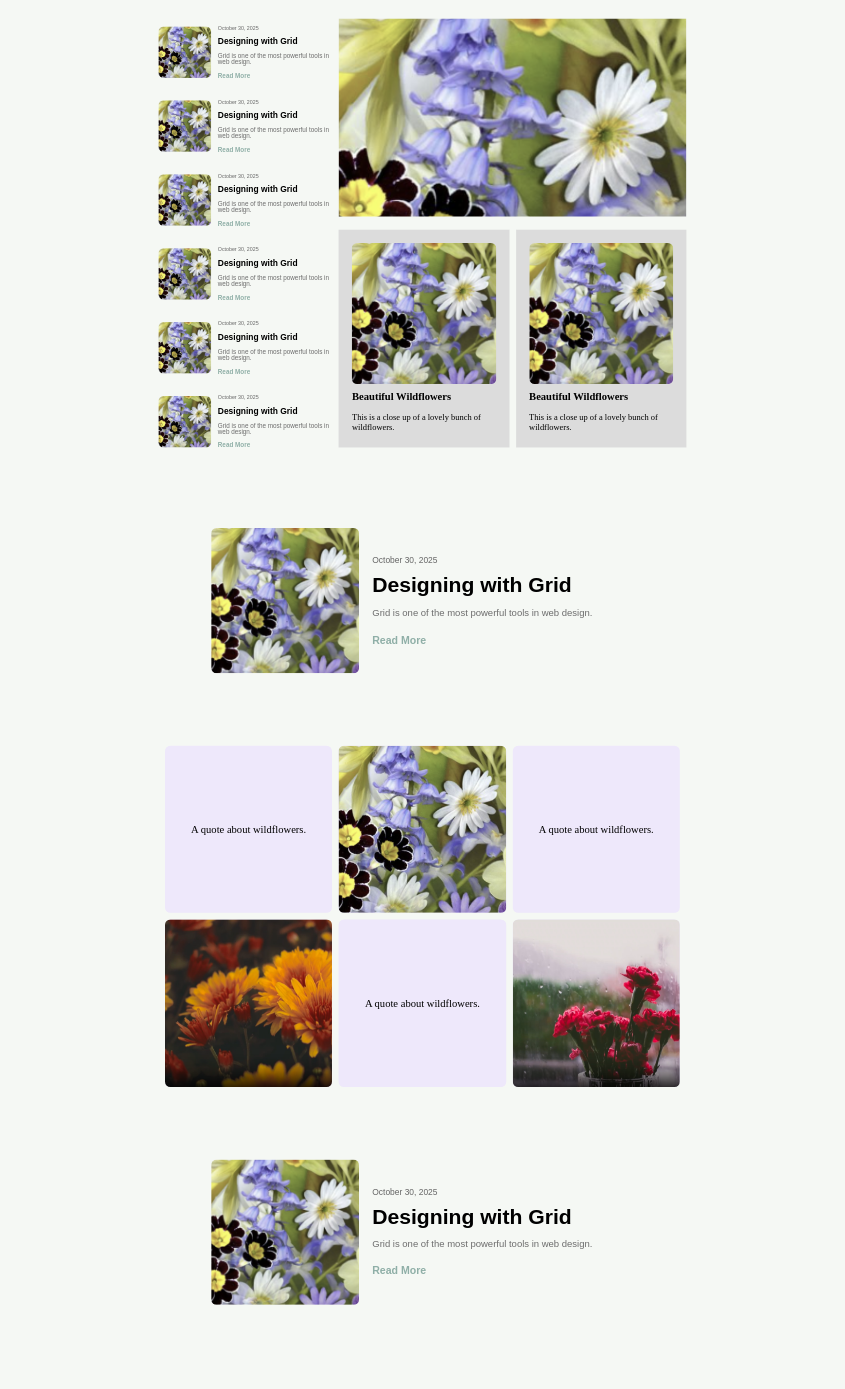
Repository: Brittany-Westlund/WebDesign
Page: Assignment5/grid.html
The author's editor kept a copy of each file at every save. The page is drawn from the files as they stood at one save, then again after the next save.
The browser window is 1280 px wide. The pictures show the whole page, at 66% of full size.

Above is the page before, as saved 2025-11-19 12:32:36.

After the next save:
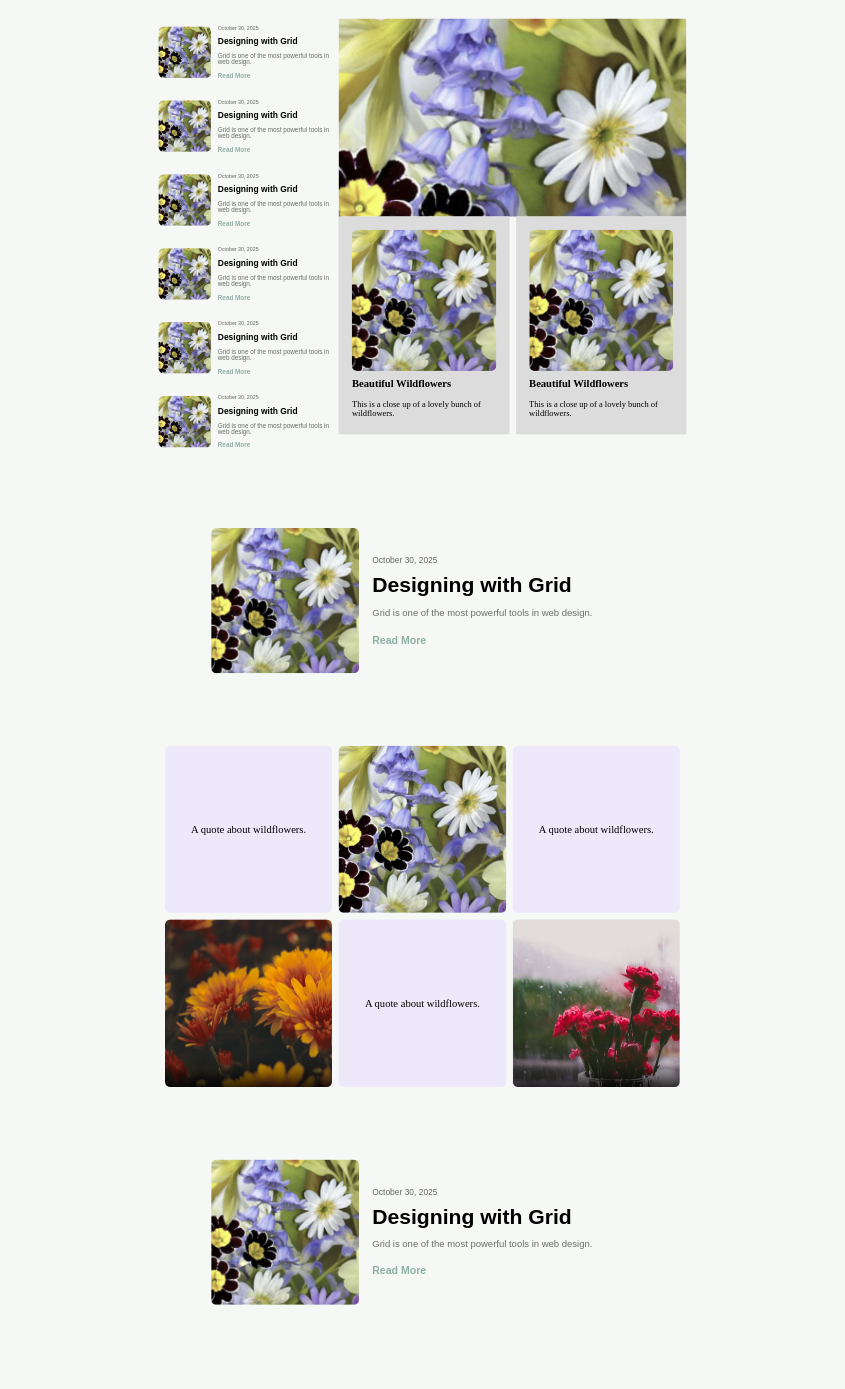
Saved 6 h 59 min later.
--- a/Assignment5/style/style.css
+++ b/Assignment5/style/style.css
@@ -76,17 +76,6 @@ body {
   margin-top: 10px;
 }
 
-
-
-
-.right-column {
-  grid-column: 2;
-  grid-row: 1 / 3; /* spans both rows — hero + cards */
-  display: flex;
-  flex-direction: column;
-  gap: 20px;
-}
-
 .hero {
   grid-column: 2;
   grid-row: 1;

After the save that followed:
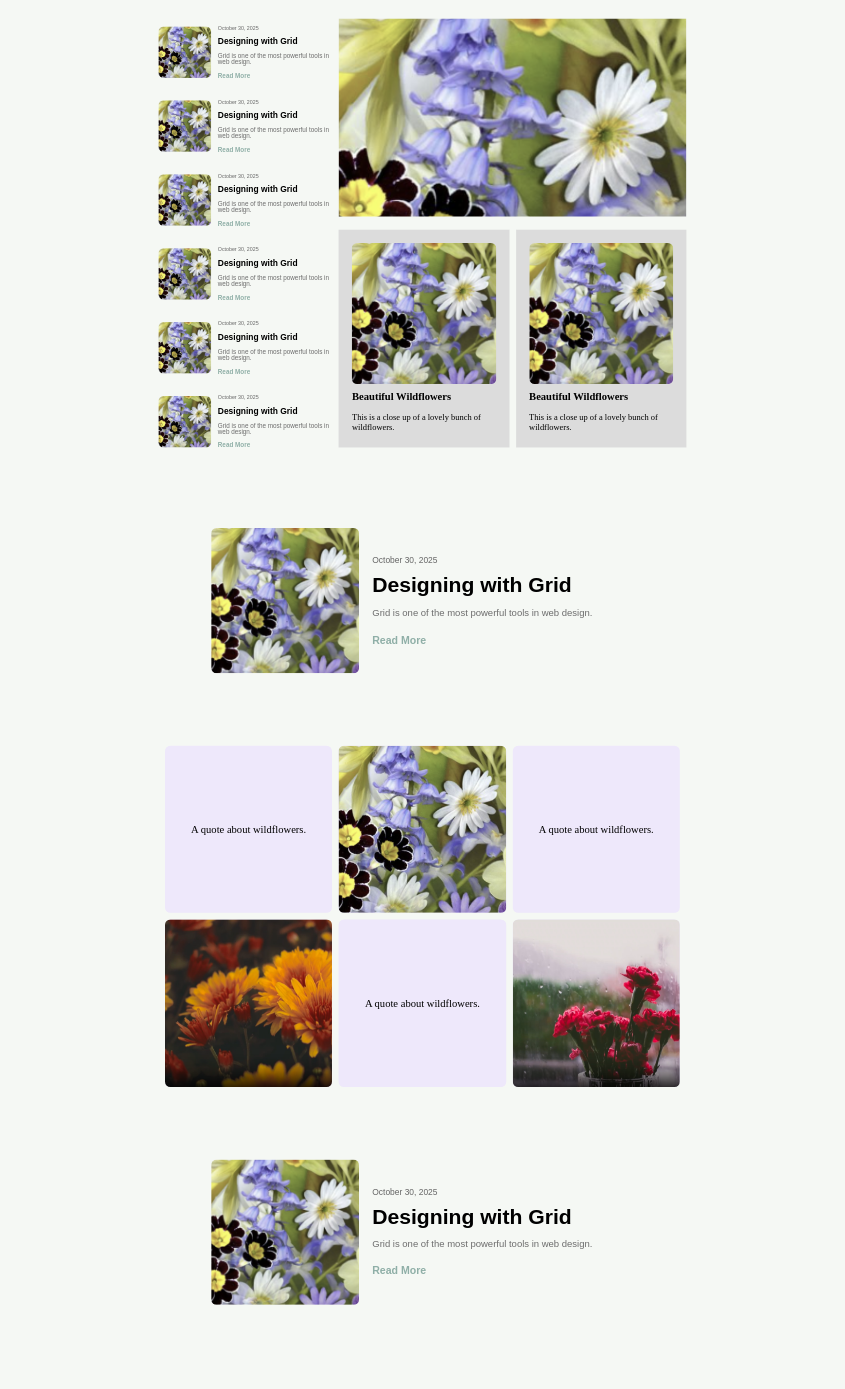
Saved 17 s later.
--- a/Assignment5/style/style.css
+++ b/Assignment5/style/style.css
@@ -76,6 +76,17 @@ body {
   margin-top: 10px;
 }
 
+
+
+
+.right-column {
+  grid-column: 2;
+  grid-row: 1 / 3; /* spans both rows — hero + cards */
+  display: flex;
+  flex-direction: column;
+  gap: 20px;
+}
+
 .hero {
   grid-column: 2;
   grid-row: 1;
